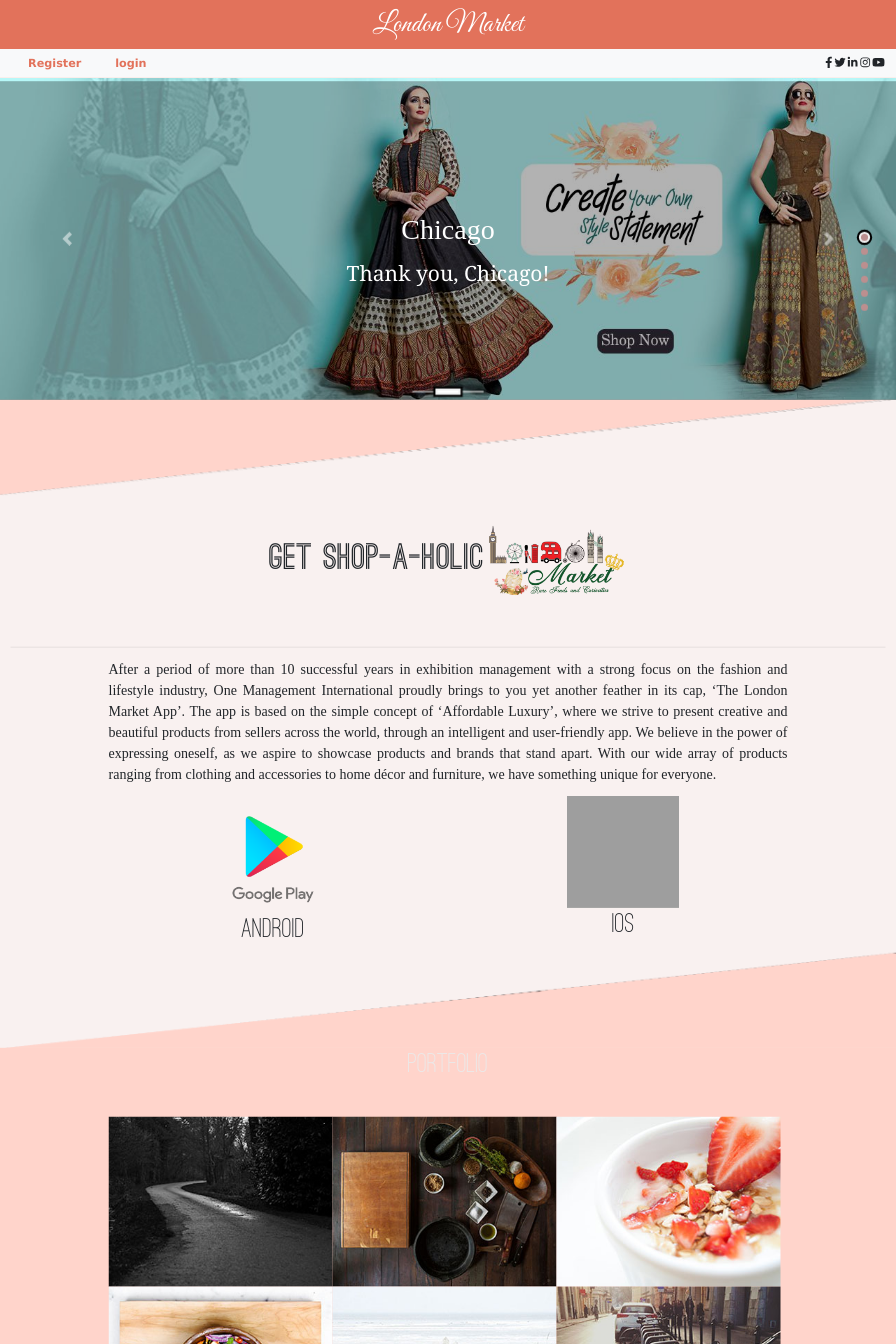
Repository: Demonster1999/newshoperrepo
Page: index.html
The author's editor kept a copy of each file at every save. The page is drawn from the files as they stood at one save, then again after the next save.
The browser window is 1280 px wide. The pictures show the part of the page from y = 0 to 1920 px (the page is 4088 px tall), at 70% of full size.
Pictures or frames that could not be fetched are drawn as grey boxes. Some web libraries are served in a nearby version.

Above is the page before, as saved 2020-07-21 13:18:33.
Console error: TypeError: Cannot read properties of null (reading 'getContext')

After the next save:
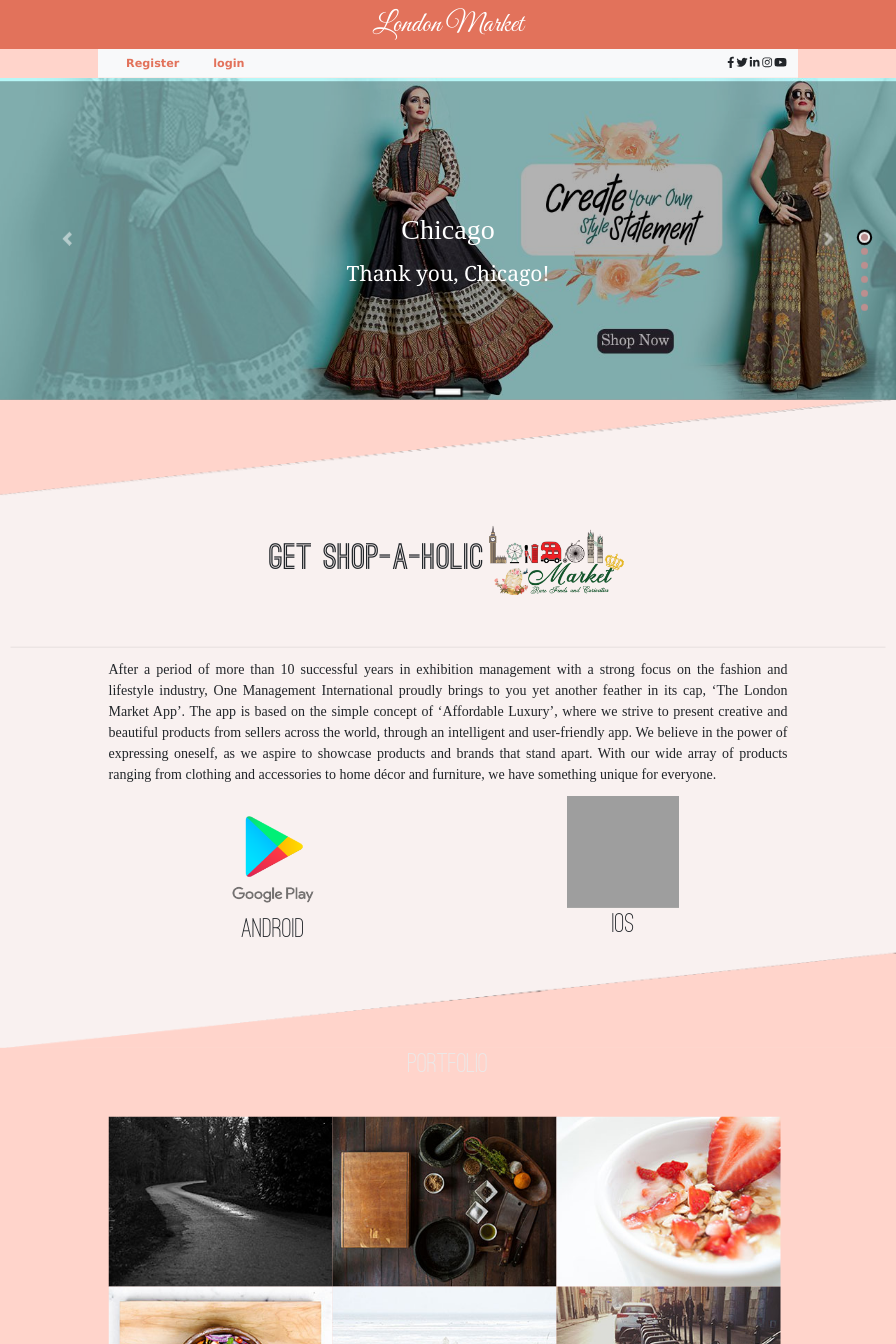
Saved 11 s later.
--- a/index.html
+++ b/index.html
@@ -29,7 +29,7 @@
 
 	  </nav>
 
-	<nav class="navbar third-nav navbar-expand-lg navbar-light bg-light">
+	<nav class="navbar container third-nav navbar-expand-lg navbar-light bg-light">
 
 		<button class="navbar-toggler navbar-toggler-icon" type="button" data-toggle="collapse" data-target="#navbarSupportedChontent"
 			aria-controls="navbarSupportedContent" aria-expanded="false" aria-label="Toggle navigation">

After the save that followed:
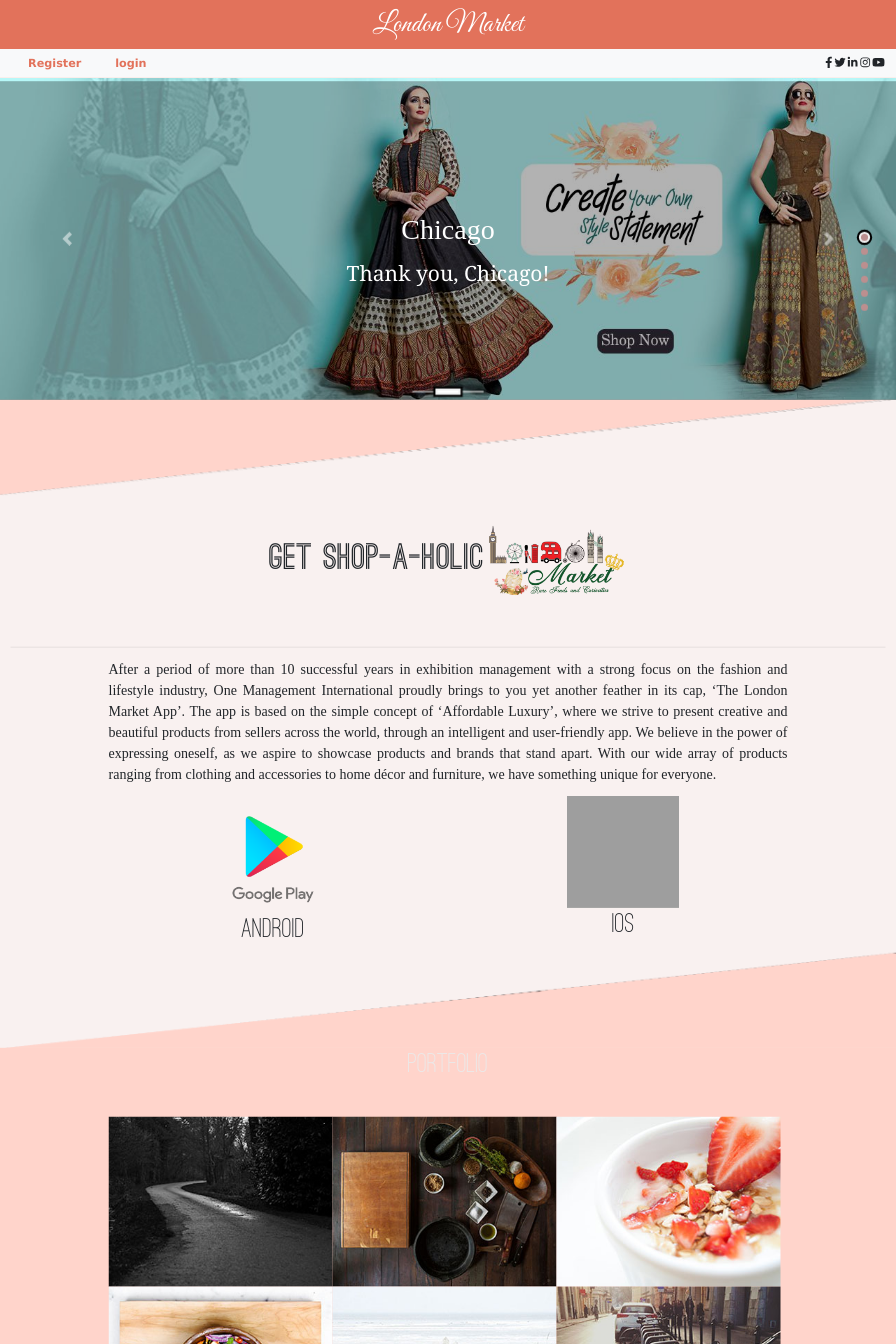
Saved 16 s later.
--- a/index.html
+++ b/index.html
@@ -29,7 +29,7 @@
 
 	  </nav>
 
-	<nav class="navbar container third-nav navbar-expand-lg navbar-light bg-light">
+	<nav class="navbar third-nav navbar-expand-lg navbar-light bg-light">
 
 		<button class="navbar-toggler navbar-toggler-icon" type="button" data-toggle="collapse" data-target="#navbarSupportedChontent"
 			aria-controls="navbarSupportedContent" aria-expanded="false" aria-label="Toggle navigation">
